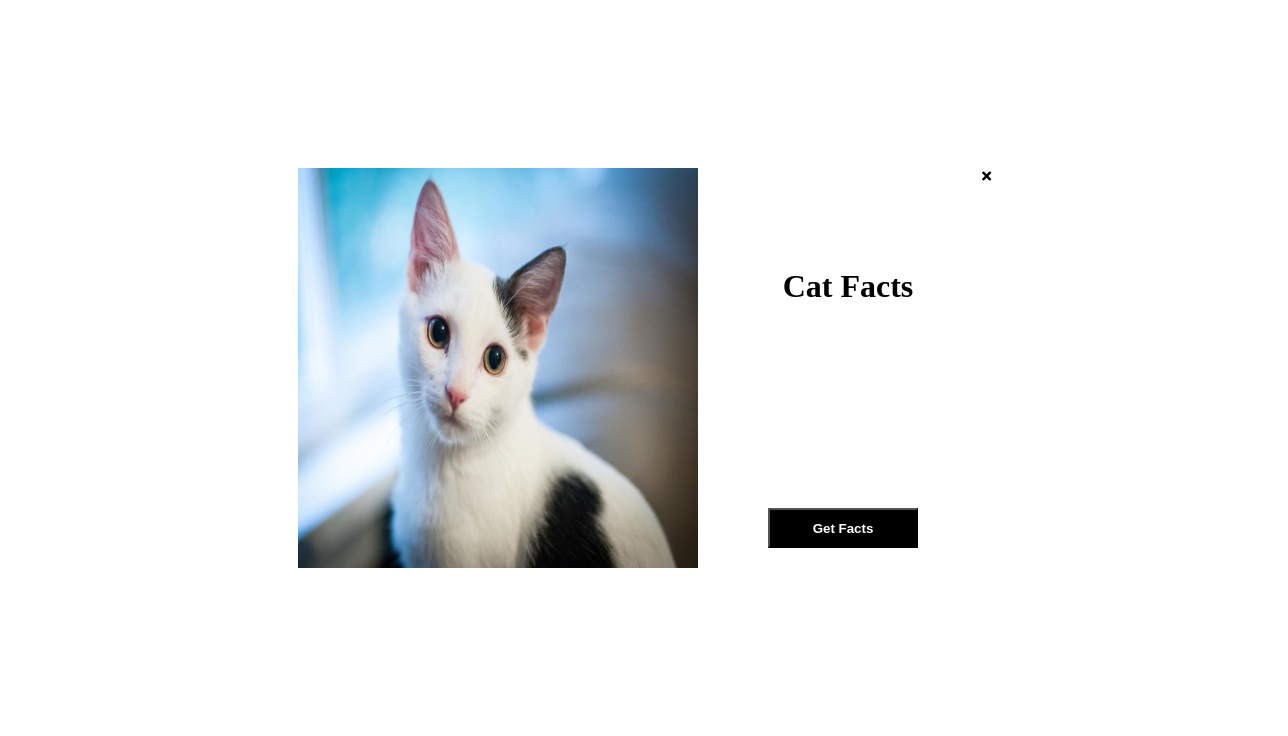
Repository: AustinW24/pg-catfacts
Page: cat-facts.html
An editor plug-in stored every save of this project. The page is shown before and after the next save, followed by the edit.
The browser window is 1280 px wide. The page is 1288 px wide, then 1280 px, so the pictures cover 1288 px, including what lies to the right of the window. The pictures show the whole page.
The page's requests for data from a server got no answer. Some web libraries are served in a nearby version.

Above is the page before, as saved 2021-12-29 17:52:27.

### cat-facts.html
<!doctype html>
<html lang="en">

<head>
    <meta charset="utf-8">
    <title>Cat Facts</title>
    <meta name="description" content="Description Goes Here">
    <link rel="stylesheet" href="cat-facts.css">
    <link
      rel="stylesheet"
      href="https://use.fontawesome.com/releases/v5.13.0/css/all.css"
      integrity="sha384-Bfad6CLCknfcloXFOyFnlgtENryhrpZCe29RTifKEixXQZ38WheV+i/6YWSzkz3V"
      crossorigin="anonymous"
    />
</head>
<body>
    <script src="./cat-facts.js"> </script>
    <div class="popup-container" >
        <div class="cat__container">
            <img src="./images/cat-img.jpeg" class="cat-photo">
        </div>
        <div class="facts__container">
            <button id="xButton" style="width: 10px; float: right; border: none; background: none; outline: inherit; cursor:pointer"><i class="fas fa-times" ></i></button>
            <h1 class="header" style="align-items:center">Cat Facts</h1>
            <div class="facts__list" style="visibility:hidden"></div>
            <button class="facts__button">Get Facts</button>
        </div>
    </div>
</body>

</html>

### cat-facts.css
* {
    box-sizing: border-box;
}
body {
    height: 100vh;
    width: 100vw;
    display: flex;
    align-items: center;
    justify-content: center;
}
.facts__button {
    color: white;
    background-color: black;
    width: 150px;
    height: 40px;
    position: relative;
    position: absolute;
    bottom:   0;
    margin-left: 60px;
    font-weight: bold;
    margin-bottom: 20px;
    cursor: pointer;
}

.cat-photo {
    max-width: 400px;
    min-height: 100%;
    flex-basis: 100px;
    flex-grow: 1;
}
.facts__container {
    position: relative;
    flex-basis: 100px;
    flex-grow: 1;
    padding: 0px 10px 0px 10px;


}
.popup-container {
    display: flex;
    flex-direction: row;
    width: 50%;
    justify-content: center;
    position: relative;
    width: 700px;
    height: 400px;

}

 div.popup-container {
    min-height: 200px;
    overflow: hidden;
  }

  div.popup-container {
    animation: 3s slide-up;
    margin-top: 0%;
  }

  @keyframes slide-up {
    from {
      margin-top: 100%;
      height: 400px;
    }
    to {
      margin-top: 0%;
      height: 400px;
    }
  }
  h1 {
    display: flex;
    align-items: center;
    justify-content: center;
    margin-top: 100px;
  }
  .facts__list {
    font-size: 14px;
  }
  ul {
      list-style: none;
  }

### cat-facts.js

window.onload =  () =>{
    async function getCatFacts() {
        let response = await fetch(`https://cat-fact.herokuapp.com/facts`);
        let data = await response.json()
        let factList = document.querySelector(".facts__list")
        let popup = document.querySelector(".popup-container")
        document.querySelector(".facts__button").addEventListener("click", function () {
            factList.innerHTML = (data.map((fact, idx) => { return '<li>' +  fact.text + '</li>'}))
            document.querySelector(".header").style.marginTop ="0px"
            document.querySelector(".facts__button").style.marginBottom ="0px"
            factList.style.visibility = "visible"
        })
        return data;
    }
    getCatFacts()

    const showPopUp = () => {
        document.querySelector(".popup-container").style.visibility = "visible"
    }
    setTimeout(() => showPopUp(), 3000)
    let popup = document.querySelector(".popup-container")

    let xButton = document.querySelector("#xButton");
    xButton.addEventListener("click", (e) =>{
        $('.popup').slideToggle();
    })

}

After the next save:
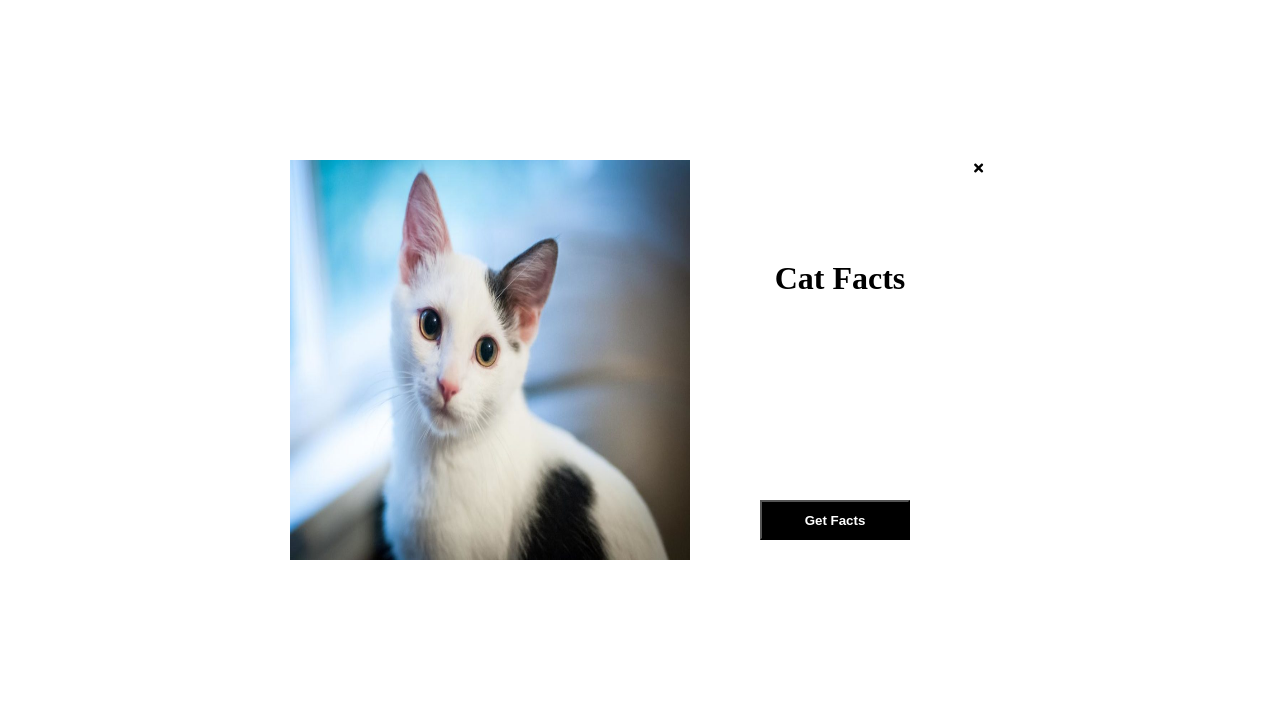
Saved 105 s later.
--- a/cat-facts.css
+++ b/cat-facts.css
@@ -1,5 +1,6 @@
 * {
     box-sizing: border-box;
+    margin: 0;
 }
 body {
     height: 100vh;
